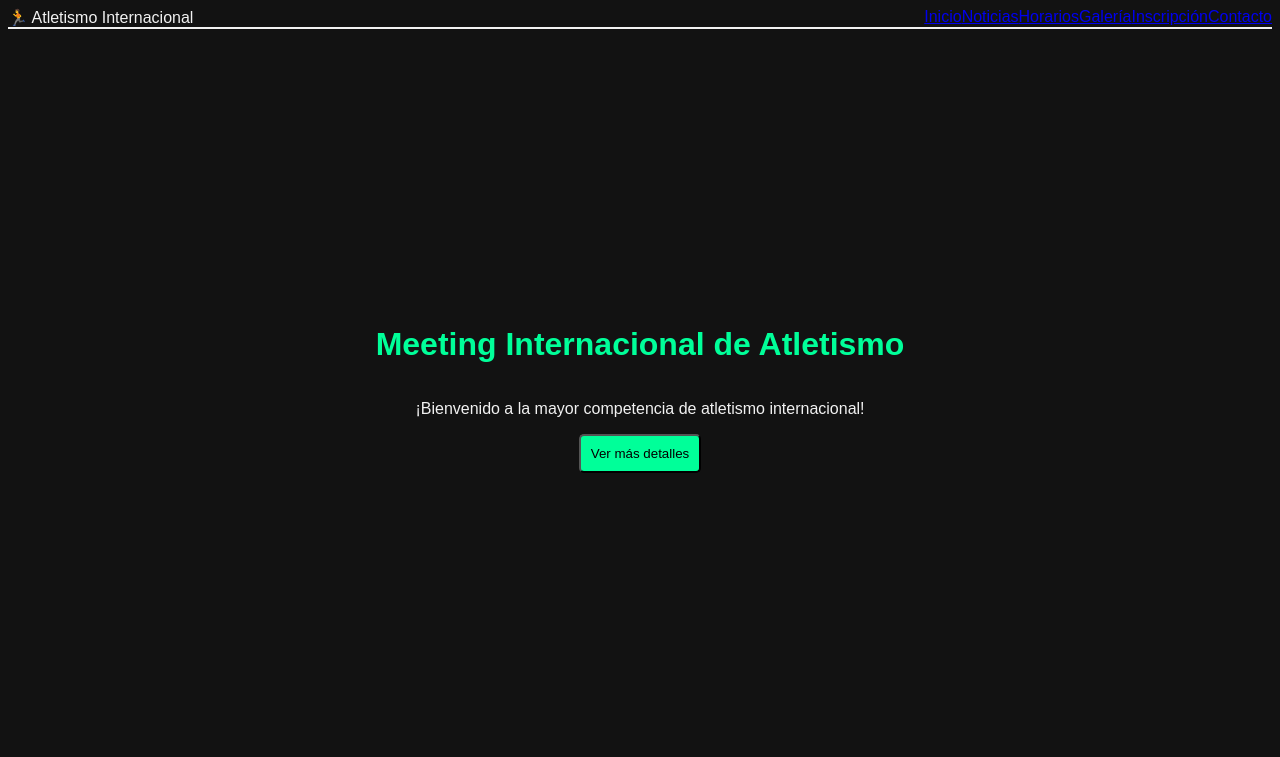
Repository: demoniers/web-meeting
Page: /
The author's editor kept a copy of each file at every save. The page is drawn from the files as they stood at one save, then again after the next save.
The browser window is 1280 px wide. The pictures show the whole page.
The project was rebuilt for these pictures with package versions that can differ from the ones it lists, and the page was loaded fresh each time. Also part of the build but not shown: vite.config.js, src/pages/Noticias.jsx, src/pages/Galeria.jsx, src/pages/Inscripcion.jsx.

Above is the page before, as saved 2025-05-08 11:53:44.

After the next save:
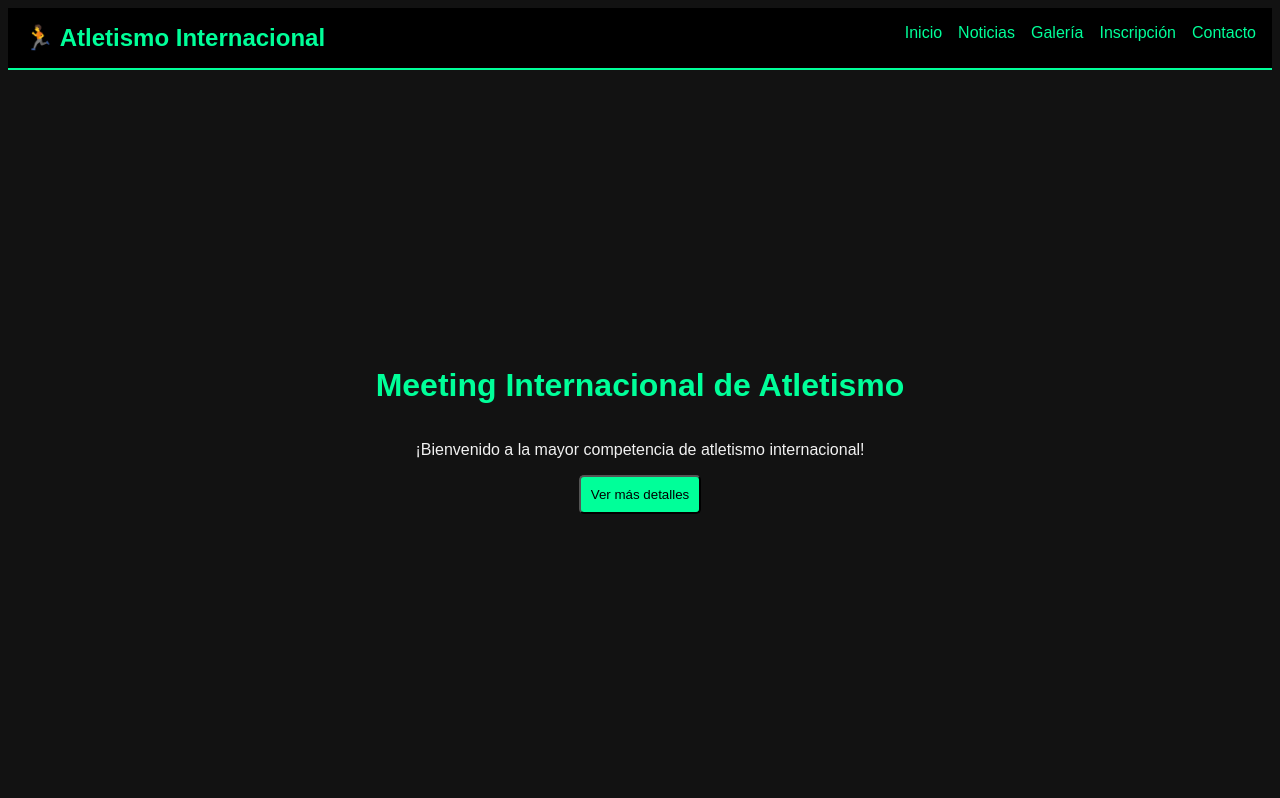
Saved 41 s later.
--- a/src/components/Navbar.jsx
+++ b/src/components/Navbar.jsx
@@ -3,15 +3,14 @@ import styles from "./Navbar.module.css"; // Importamos los estilos
 
 export default function Navbar() {
   return (
-    <nav className="bg-black p-4 flex justify-between border-b-2 border-green-400 shadow-lg">
-      <div className="text-lg font-bold text-green-400">🏃 Atletismo Internacional</div>
-      <div className="space-x-4 flex">
-        <Link to="/" className="text-green-400 hover:text-white">Inicio</Link>
-        <Link to="/noticias" className="text-green-400 hover:text-white">Noticias</Link>
-        <Link to="/horarios" className="text-green-400 hover:text-white">Horarios</Link>
-        <Link to="/galeria" className="text-green-400 hover:text-white">Galería</Link>
-        <Link to="/inscripcion" className="text-green-400 hover:text-white">Inscripción</Link>
-        <Link to="/contacto" className="text-green-400 hover:text-white">Contacto</Link>
+    <nav className={styles.navbar}>
+      <div className={styles.logo}>🏃 Atletismo Internacional</div>
+      <div className={styles.links}>
+        <Link to="/" className={styles.link}>Inicio</Link>
+        <Link to="/noticias" className={styles.link}>Noticias</Link>
+        <Link to="/galeria" className={styles.link}>Galería</Link>
+        <Link to="/inscripcion" className={styles.link}>Inscripción</Link>
+        <Link to="/contacto" className={styles.link}>Contacto</Link>
       </div>
     </nav>
   );
